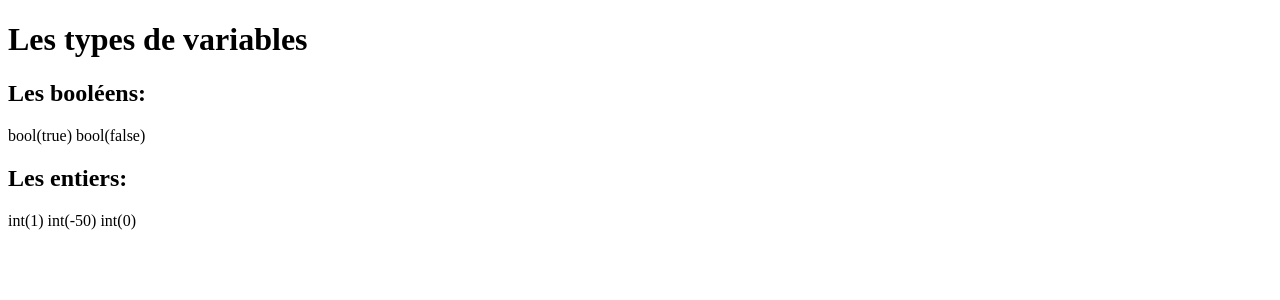
Repository: QuentinFayt/base-php-2021
Page: http://localhost/les variables.php
An editor plug-in stored every save of this project. The page is shown before and after the next save, followed by the edit.
The browser window is 1280 px wide. The pictures show the whole page.
The page is run by PHP 8.4 with error messages shown; the project is at /var/www/html/.

Above is the page before, as saved 2021-07-05 16:22:12.

### les variables.php
<!DOCTYPE html>
<html lang="en">
<head>
    <meta charset="UTF-8">
    <meta http-equiv="X-UA-Compatible" content="IE=edge">
    <meta name="viewport" content="width=device-width, initial-scale=1.0">
    <title>Les types de variables</title>
</head>
<body>
    <h1>Les types de variables</h1>
    <h2>Les booléens:</h2>
    <?php

    $bin1=true;
    $bin2=false;

    /*On pourrait utiliser print_r() pour afficher le contenu de ces deux variables, mais
    une variable false ne s'affichera pas (afficherait 1 pour true)*/
    var_dump($bin1,$bin2);


    ?>
    <h2>Les entiers:</h2>
    <?php

    $int1=1;
    $int2=-50;
    $int3=0;

    var_dump($int1,$int2,$int3);
    ?>
</body>
</html>

After the next save:
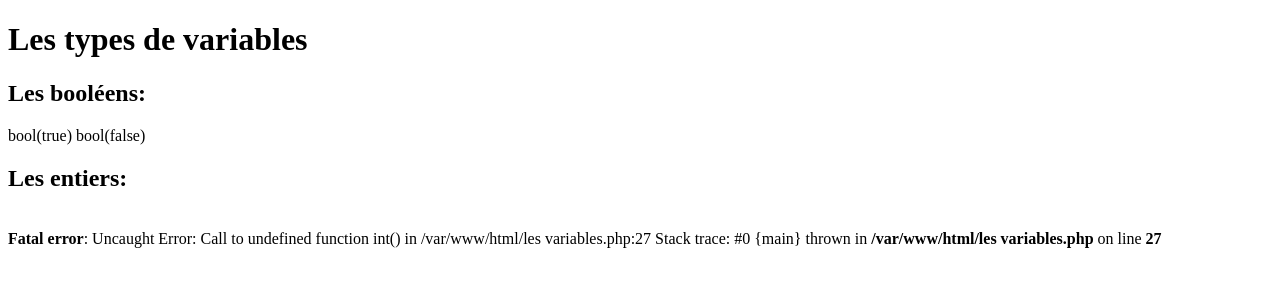
Saved 5 min 39 s later.
--- a/les variables.php
+++ b/les variables.php
@@ -24,8 +24,8 @@
     <?php
 
     $int1=1;
-    $int2=-50;
-    $int3=0;
+    $int2=int("-50");
+    $int3=int(0.5);
 
     var_dump($int1,$int2,$int3);
     ?>

After the save that followed:
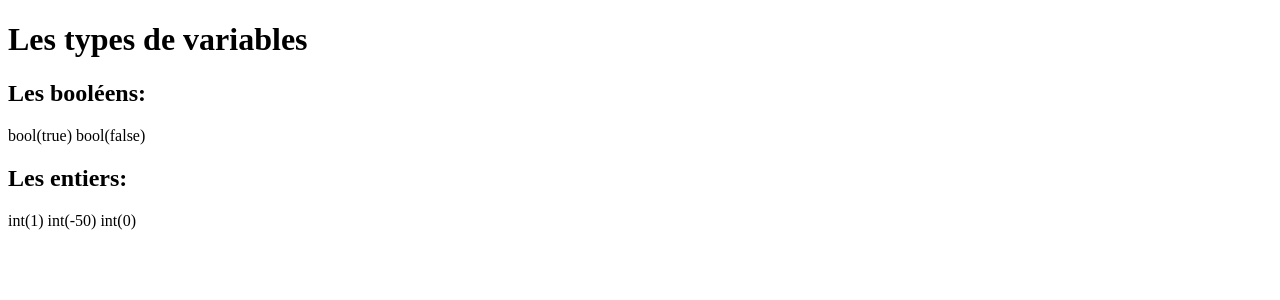
Saved 38 s later.
--- a/les variables.php
+++ b/les variables.php
@@ -24,8 +24,8 @@
     <?php
 
     $int1=1;
-    $int2=int("-50");
-    $int3=int(0.5);
+    $int2=(int)"-50";
+    $int3=(int)0.5;
 
     var_dump($int1,$int2,$int3);
     ?>
